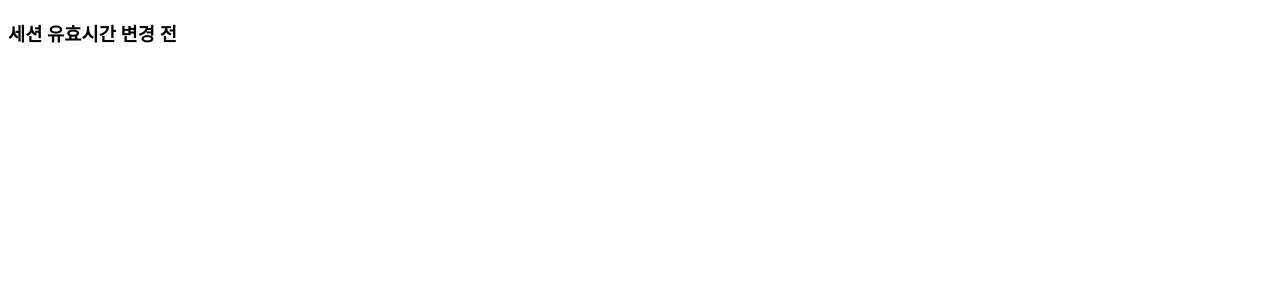
Repository: Leesuhwan1445/jspworks
Page: http://localhost/jweb01/session/timeout.jsp
These files come from the project's save history. The page is drawn as it stood at one moment and after the next save; the edit follows.
The browser window is 1280 px wide. The pictures show the whole page.
The page is served by Tomcat 10.

Above is the page before, as saved 2025-10-13 02:48:48.

After the next save:
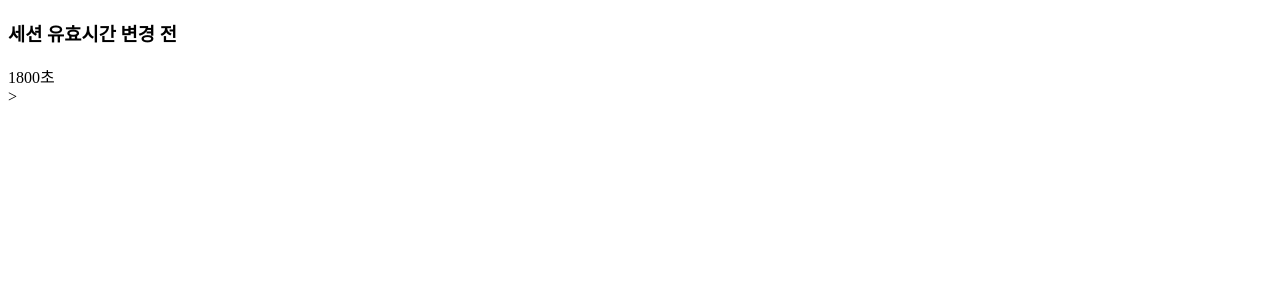
Saved 105 s later.
--- a/jweb01/src/main/webapp/session/timeout.jsp
+++ b/jweb01/src/main/webapp/session/timeout.jsp
@@ -8,5 +8,13 @@
 </head>
 <body>
 <h3> 세션 유효시간 변경 전</h3>
+
+<%
+
+	//30 * 60 = 180초
+	int time = session.getMaxInactiveInterval();
+	out.println(time + "초<br>");
+
+%>>
 </body>
 </html>
